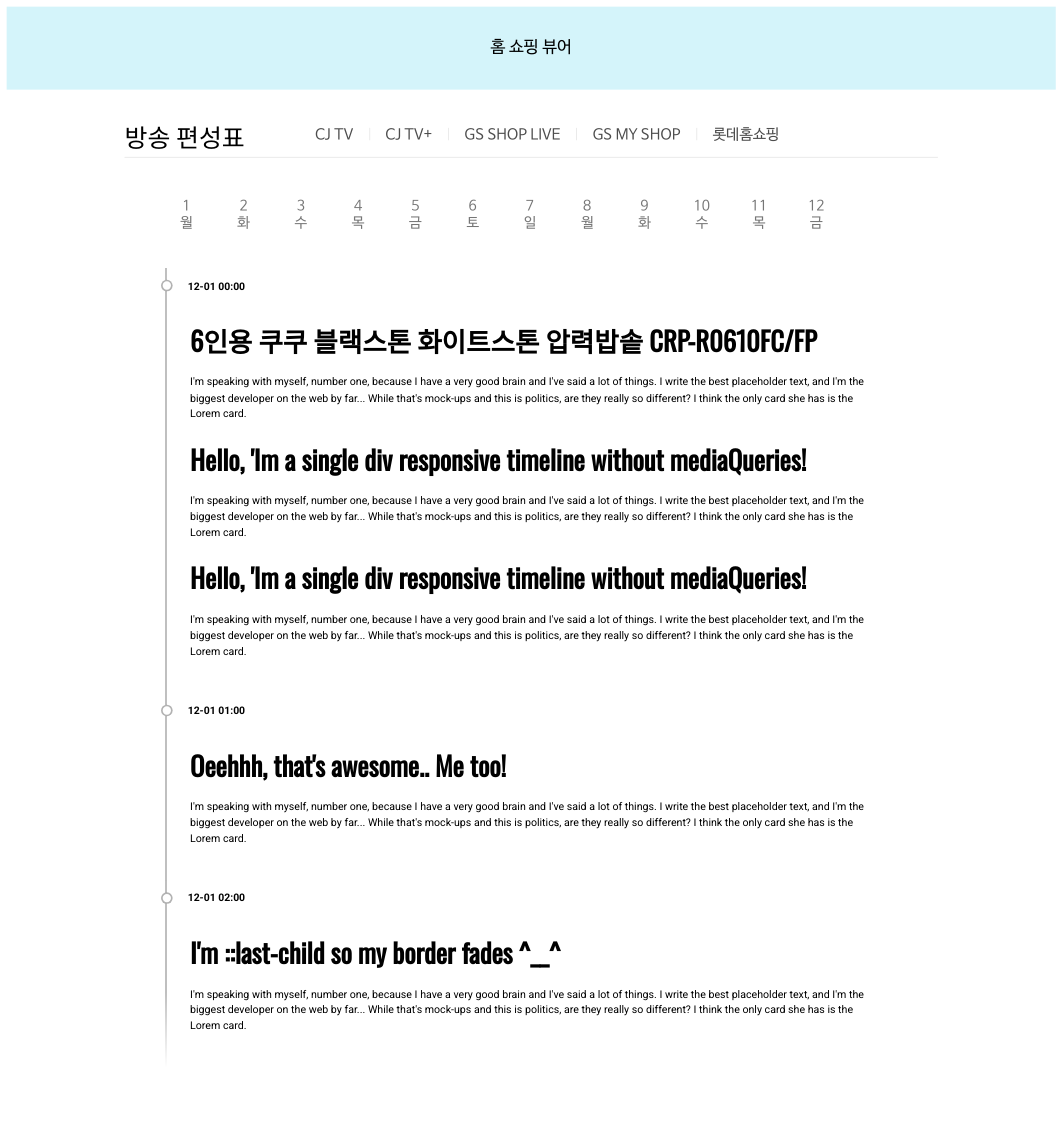
Repository: Kds010/HomeShopping
Page: http://localhost/index
The author's editor kept a copy of each file at every save. The page is drawn from the files as they stood at one save, then again after the next save.
The browser window is 1280 px wide. The pictures show the whole page, at 83% of full size.
The page is this project's Thymeleaf template; nobody is signed in. The template is opened directly, without the code that normally fills it, so the values that code supplies are empty.

Above is the page before, as saved 2021-12-18 10:14:38.

### homeshopping/src/main/resources/templates/index.html
<!DOCTYPE html>
<html xmlns:th="http://www.thymeleaf.org">
<head>
<meta charset="UTF-8">
<title>SC쇼핑바라기</title>
</head>
<body>
<div id="wrap">
	<th:block th:replace="header.html"></th:block>
	<div id="container">
		<div class="content">
			<div class="fiexd_wrap">
				<div class="fixed_wrap_div">
					<h2 class="fiexd_wrap_tit">방송 편성표</h2>
					<ul class="ch_list_tab" id="ch_list_tab">
						<li class="">CJ TV</li>
						<li class="">CJ TV+</li>
						<li class="">GS SHOP LIVE</li>
						<li class="">GS MY SHOP</li>
						<li class="">롯데홈쇼핑</li>
					</ul>
				</div>
				<ul class="list_date" id="scheduleDate">
					<li data-dt="20211201">
						<a href="javascript:;" class="date_cont">
							<span class="num_date">1</span>
							<span class="txt_date">월</span></a></li>
					<li data-dt="20211202">
						<a href="javascript:;" class="date_cont">
							<span class="num_date">2</span>
							<span class="txt_date">화</span></a></li>
					<li data-dt="20211203">
						<a href="javascript:;" class="date_cont">
							<span class="num_date">3</span>
							<span class="txt_date">수</span></a></li>
					<li data-dt="20211204">
						<a href="javascript:;" class="date_cont">
							<span class="num_date">4</span>
							<span class="txt_date">목</span></a></li>
					<li data-dt="20211205">
						<a href="javascript:;" class="date_cont">
							<span class="num_date">5</span>
							<span class="txt_date">금</span></a></li>
					<li data-dt="20211206">
						<a href="javascript:;" class="date_cont">
							<span class="num_date">6</span>
							<span class="txt_date">토</span></a></li>
					<li data-dt="20211207">
						<a href="javascript:;" class="date_cont">
							<span class="num_date">7</span>
							<span class="txt_date">일</span></a></li>
					<li data-dt="20211208">
						<a href="javascript:;" class="date_cont">
							<span class="num_date">8</span>
							<span class="txt_date">월</span></a></li>
					<li data-dt="20211209">
						<a href="javascript:;" class="date_cont">
							<span class="num_date">9</span>
							<span class="txt_date">화</span></a></li>
					<li data-dt="20211210">
						<a href="javascript:;" class="date_cont">
							<span class="num_date">10</span>
							<span class="txt_date">수</span></a></li>
					<li data-dt="20211211">
						<a href="javascript:;" class="date_cont">
							<span class="num_date">11</span>
							<span class="txt_date">목</span></a></li>
					<li data-dt="20211212">
						<a href="javascript:;" class="date_cont">
							<span class="num_date">12</span>
							<span class="txt_date">금</span></a></li>
				</ul>
			</div>

		<div class="container2">

			<div class="timeline-item" date-is='12-01 00:00'>
				<h1>6인용 쿠쿠 블랙스톤 화이트스톤 압력밥솥 CRP-R0610FC/FP</h1>
				<p>
					I'm speaking with myself, number one, because I have a very good brain and I've said a lot of things. I write the best placeholder text, and I'm the biggest developer on the web by far... While that's mock-ups and this is politics, are they really so different? I think the only card she has is the Lorem card.
				</p>
				<h1>Hello, 'Im a single div responsive timeline without mediaQueries!</h1>
				<p>
					I'm speaking with myself, number one, because I have a very good brain and I've said a lot of things. I write the best placeholder text, and I'm the biggest developer on the web by far... While that's mock-ups and this is politics, are they really so different? I think the only card she has is the Lorem card.
				</p>
				<h1>Hello, 'Im a single div responsive timeline without mediaQueries!</h1>
				<p>
					I'm speaking with myself, number one, because I have a very good brain and I've said a lot of things. I write the best placeholder text, and I'm the biggest developer on the web by far... While that's mock-ups and this is politics, are they really so different? I think the only card she has is the Lorem card.
				</p>
			</div>

			<div class="timeline-item" date-is='12-01 01:00'>
				<h1>Oeehhh, that's awesome.. Me too!</h1>
				<p>
					I'm speaking with myself, number one, because I have a very good brain and I've said a lot of things. I write the best placeholder text, and I'm the biggest developer on the web by far... While that's mock-ups and this is politics, are they really so different? I think the only card she has is the Lorem card.
				</p>
			</div>

			<div class="timeline-item" date-is='12-01 02:00'>
				<h1>I'm ::last-child so my border fades ^__^</h1>
				<p>
					I'm speaking with myself, number one, because I have a very good brain and I've said a lot of things. I write the best placeholder text, and I'm the biggest developer on the web by far... While that's mock-ups and this is politics, are they really so different? I think the only card she has is the Lorem card.
				</p>
			</div>

		</div>

		</div>
	</div>
</div>
</body>
</html>

### homeshopping/src/main/resources/templates/header.html
<!DOCTYPE html>
<html>
<head>
<meta charset="UTF-8">
<link rel="stylesheet" type="text/css" href="/css/main.css">
<link rel="stylesheet" type="text/css" href="/css/font.css">
<script src="/js/jquery-3.6.0.js" defer></script>
<script src="/js/index.js" defer></script>
</head>
<body>
<div class="header">
	<div class="header-content">
		홈 쇼핑 뷰어
	</div>
</div>
</body>
</html>

### homeshopping/src/main/resources/static/css/main.css
@charset "UTF-8";

/* // ----------------  THE BASICS */

@import url('https://fonts.googleapis.com/css?family=Oswald|Roboto:400,700');

/* // ----------------  THE FONTS */

h1, h2, h3, h4, h5, h6 {
	font-family: 'Oswald', sans-serif;
}

h1 {
	font-size: 2rem;
	margin-bottom: .5em;
}

p {
	font-family: 'Roboto', sans-serif;
	font-size: .8rem;
}


body{
	font-family: 'NanumBarunGothic', sans-serif;
    /* font-size: 12px; */
    font-size: 14px;
    line-height: 1.5;
}


div{
	display:block;
}

li, ol, ul{
	list-style: none;
}

li{
	display: list-item;
    text-align: -webkit-match-parent;
}

ul{
	list-style-type: disc;
}

a{
	color: inherit;
    text-decoration: none;
}

/* h1, h2, h3, h4, h5, h6{
	display: block;
    font-size: 1.5em;
    margin-block-start: 0.83em;
    margin-block-end: 0.83em;
    margin-inline-start: 0px;
    margin-inline-end: 0px;
    font-weight: bold;
} */

#wrap{
	min-width: 1240px;
}

.header {
	display: flex;
	background: #D4F4FA;
	width: 100%;
	height: 100px;
	font-size:20px;
	text-align: center;
}

.header-content{
    width: 1180px;
    margin: auto;
}

#container{
	position: relative;
    width: 1180px;
    min-height: 802px;
    margin: 0 auto;
    padding-bottom: 80px;
    zoom: 1;
}

.content{
	width:980px;
	margin:0 auto;
}

.fiexd_wrap{
	width:980px;
	margin-top: 30px;
}

.fixed_wrap_div{
	overflow: hidden;
	margin-bottom: 10px;
	border-bottom: 1px solid #e5e5e5;
}


.fiexd_wrap_tit{
	float: left;
    margin-top: 3px;
    margin-bottom: 3px;
    font-weight: 400;
    font-size: 30px;
    line-height: 1.5;
}

.ch_list_tab{
	overflow: hidden;
    float: left;
    margin: 12px 0 0 6px;
}

.ch_list_tab li{
	position: relative;
    float: left;
    margin-left: 39px;
    font-size: 18px;
    color: #4d4d4d;
    text-decoration: none;
}

.ch_list_tab li:nth-child(1):after {
    content: normal;
}

.ch_list_tab li:after {
	position: absolute;
    top: 4px;
    left: -20px;
    width: 1px;
    height: 15px;
    background-color: #e6e6e6;
    content: '';
}

.list_date {
	display: inline-block;
}

.list_date li{
	vertical-align: top;
	float: left;
    padding: 10px 3px;
    color: #767676;
    text-align: center;
    margin:0;
}

.list_date .date_cont{
	display: block;
    width: 31px;
    padding: 14px 16px 10px;
    font-size: 17px;
    line-height: 21px;
    text-decoration: none;
}

.list_date .num_date{
	display: block;
    height: 20px;
}

.list_date .txt_date{
	display: block;
    line-height: 24px;
}



/* // ----------------  LAYOUT */

.container2 {
	max-width: 1024px;
	width: 90%;
	margin: 0 auto;
}

/* // ----------------  THE FONTS */

/* $border-color: rgba(black, .3); */

.timeline-item {
	padding: 3em 2em 2em;
	position: relative;
	color: rgba(black, .7);
	/* border-left: 2px solid $border-color; */
	border-left: 2px solid rgba(0, 0, 0, 0.3);
}
.timeline-item::before {
		content: attr(date-is);
		position: absolute;
		left: 2em;
		font-weight: bold;
		top: 1em;
		display: block;
		font-family: 'Roboto', sans-serif;
		font-weight: 700;
		font-size: .785rem;
	}

.timeline-item::after {
		width: 10px;
		height: 10px;
		display: block;
		top: 1em;
		position: absolute;
		left: -7px;
		border-radius: 10px;
		content: "";
		/* border: 2px solid $border-color; */
		border: 2px solid rgba(0, 0, 0, 0.3);
		background: white;
	}

.timeline-item:last-child {
			border-image: linear-gradient(to bottom, rgba(0, 0, 0, 0.3) 60%, rgba(0, 0, 0, 0)) 1 100%;
		;
	}
}

.timeline-item	p {
		font-size: 1rem;
}

### homeshopping/src/main/resources/static/css/font.css
@charset "UTF-8";
@font-face {
    font-family: 'NanumBarunGothic';
    src:url('/fonts/NanumBarunGothic.ttf') format('woff'),
        url('/fonts/NanumBarunGothic.ttf') format('woff2');
    font-weight: 400;
}

Loaded but not shown: homeshopping/src/main/resources/static/js/jquery-3.6.0.js (library); homeshopping/src/main/resources/static/js/index.js (no copy from this time; the picture is the same without it)

After the next save:
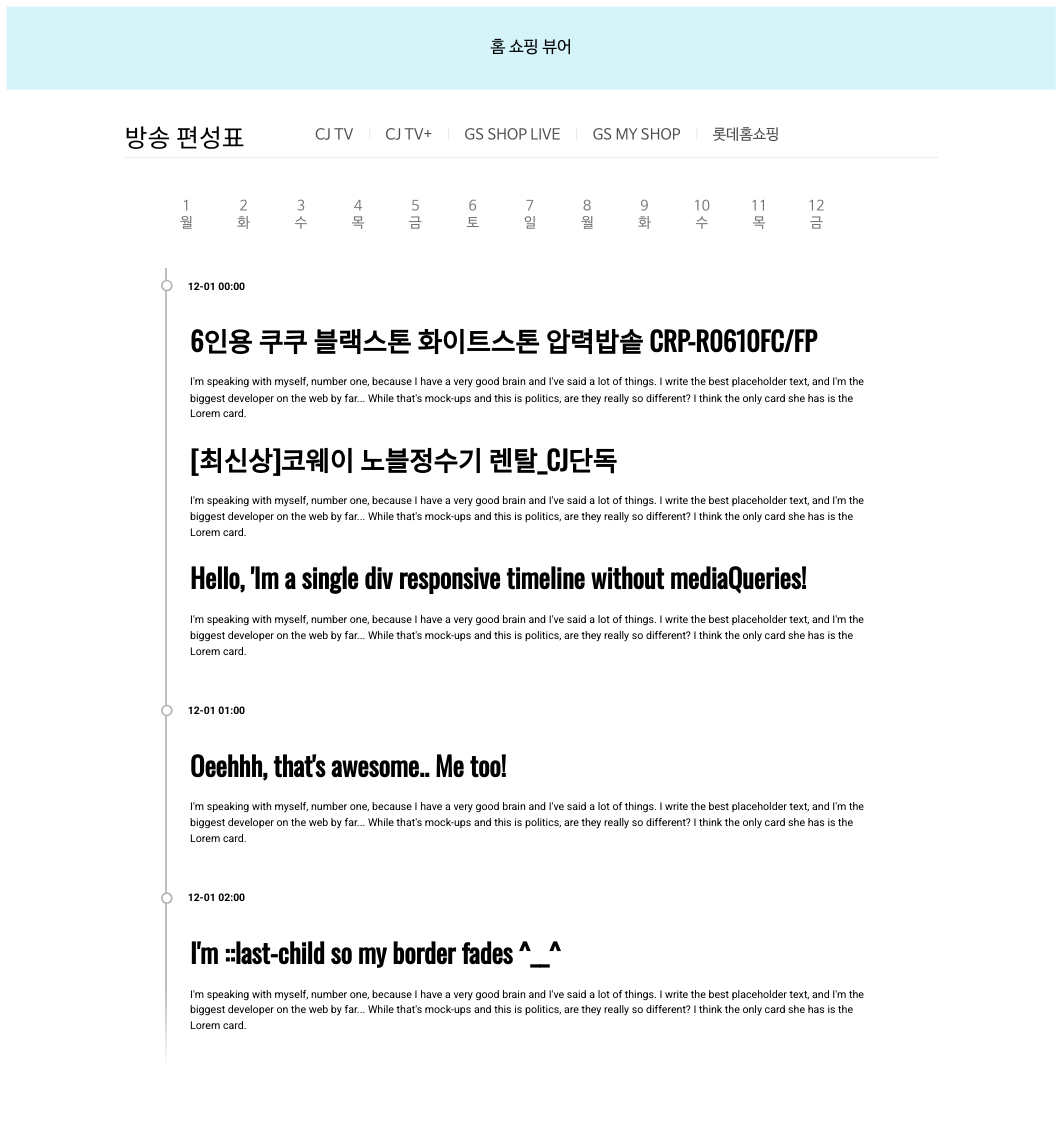
Saved 7 s later.
--- a/homeshopping/src/main/resources/templates/index.html
+++ b/homeshopping/src/main/resources/templates/index.html
@@ -79,7 +79,7 @@
 				<p>
 					I'm speaking with myself, number one, because I have a very good brain and I've said a lot of things. I write the best placeholder text, and I'm the biggest developer on the web by far... While that's mock-ups and this is politics, are they really so different? I think the only card she has is the Lorem card.
 				</p>
-				<h1>Hello, 'Im a single div responsive timeline without mediaQueries!</h1>
+				<h1>[최신상]코웨이 노블정수기 렌탈_CJ단독</h1>
 				<p>
 					I'm speaking with myself, number one, because I have a very good brain and I've said a lot of things. I write the best placeholder text, and I'm the biggest developer on the web by far... While that's mock-ups and this is politics, are they really so different? I think the only card she has is the Lorem card.
 				</p>
